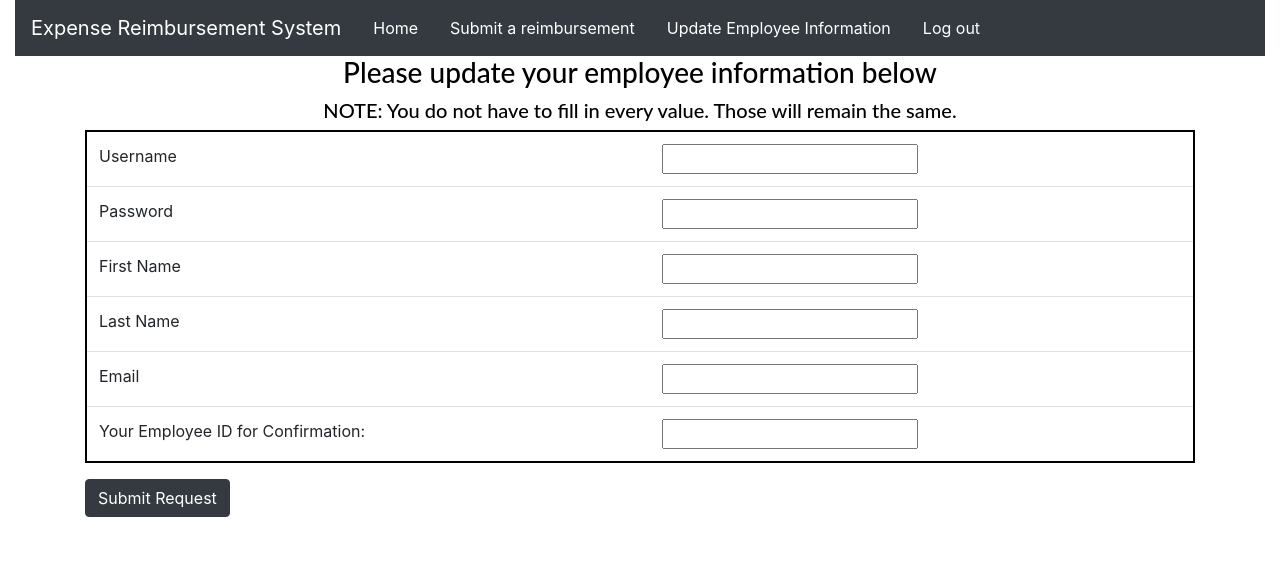
Repository: Trevormulrenin/ers-app
Page: ers-app/src/main/webapp/html/employee_info.html
The author's editor kept a copy of each file at every save. The page is drawn from the files as they stood at one save, then again after a run of saves.
The browser window is 1280 px wide. The pictures show the whole page.

Above is the page before, as saved 2021-04-01 19:04:55.

### ers-app/src/main/webapp/html/employee_info.html
<!DOCTYPE html>
<html>
<head>
	<meta charset="UTF-8">
	<meta name="viewport" content="width=device-width, initial-scale=1.0">
	<meta http-equiv="cache-control" content="max-age=0" />
<meta http-equiv="cache-control" content="no-cache" />
<meta http-equiv="expires" content="0" />
<meta http-equiv="expires" content="Tue, 01 Jan 1980 1:00:00 GMT" />
<meta http-equiv="pragma" content="no-cache" />
	<link rel="stylesheet" href="https://stackpath.bootstrapcdn.com/bootstrap/4.5.2/css/bootstrap.min.css" integrity="sha384-JcKb8q3iqJ61gNV9KGb8thSsNjpSL0n8PARn9HuZOnIxN0hoP+VmmDGMN5t9UJ0Z" crossorigin="anonymous">
 	<link rel="stylesheet" type="text/css" href="../css/style.css">

<title>Expense Reimbursement System</title>
</head>

<body>
	<div class="container-fluid">
		<nav class="navbar navbar-expand-lg navbar-dark bg-dark">
			<a class="navbar-brand" href="http://localhost:8080/ers-app/EmployeeHomeServlet"">Expense Reimbursement System</a>
				<a class="nav-item nav-link" href="http://localhost:8080/ers-app/EmployeeHomeServlet"">Home</a>
				<a class="nav-item nav-link" href="reimbursement_home.html">Submit a reimbursement</a>
				<a class="nav-item nav-link" href="employee_info.html">Update Employee Information</a>

			<div class="nav-list-right" id="navbar-menu-right">
				<a class="nav-item nav-link" href="logout.html">Log out</a>
			</div>

		</nav>
	</div>

		<div class="container">
		<p class="h3"> Please update your employee information below</p>
		<p class="h5"> NOTE: You do not have to fill in every value. Those will remain the same.</p>

		<form action="http://localhost:8080/ers-app/UpdateEmployeeServlet" method="post">
			<table class="table" id="update-table">
				<tr>
					<td>Username</td>
					<td><input type="text" id="employeeUsername"
						name="employeeUsername" value=""></td>
				</tr>
				<tr>
					<td>Password</td>
					<td><input type="text" step="any" name="employeePassword">
					</td>
				</tr>
				<tr>
					<td>First Name</td>
					<td><input type="text" step="any" name="firstName">
					</td>
				</tr>
				<tr>
					<td>Last Name</td>
					<td><input type="text" step="any" name="lastName">
					</td>
				</tr>
				<tr>
					<td>Email</td>
					<td><input type="text" step="any" name="email">
					</td>
				</tr>
				<tr>
					<td>Your Employee ID for Confirmation:</td>
					<td><input type="number" name="employeeId" required></td>
				</tr>
			</table>
			<div class="log-in-button">
				<button type="submit" class="btn btn-dark">Submit Request</button>
			</div>
		</form>
	</div>

</body>
</html>

### ers-app/src/main/webapp/css/style.css
@charset "UTF-8";



#navbar-menu-right{
	text-decoration: none;
	color: black;
}

#fill-out {
	color: solid black;
	text-align:center;
	font-size: 15px;
}

table {
	border: 2px solid black;
}

.nav-item, .nav-item-active, .nav-list-right {
		color: white;
		border: 1px;
		border-color:white;
	}

h1 {
	text-align: center;
    font-family: Lato;
    color: Black;
    font-size: 40px;
    margin: 50px;
}

p {
	text-align: center;
    font-family: Lato;
	color: Black;
	font-size: 15px;
}

h2 {
	text-align: center;
    font-family: Lato;
    color: Black;
    font-size: 40px;
    margin: 25px;
}

#enter-credentials {
	text-align: center;
    font-family: Lato;
	color: Black;
	font-size: 20px;
}


#pending-reimbursement, #resolved-reimbursement {
	border: 2px solid black;
	color: black;
	text-align:center;
	height: 300px;
	width: 400px;
    top:30%;
    left:10%;
/*     display: flex; */
/* 	justify-content: space-evenly; */
}

#pending-reimbursement {
	float: left;
}

#resolved-reimbursement:hover {
	background-color: gray;
	color:white;
}

#pending-reimbursement:hover {
	background-color: gray;
	color:white;
}


.nav-item, .nav-item-active, .nav-list-right {
/* 		text-decoration: none; */
		color: white;
		border: 1px;
		border-color:white;
	}

th, tr {
	border: 2px;
}

#log-in-button {
	text-align: center;
}

.login {
	border: 2px solid black;
	content: 5px;
	width: auto;
	text-align: center;
	padding: 5px;
	margin: auto;
	box-shadow: white;
}

/* #update-table { */
/* 	width: "100%"; */
/* 	padding: 2px; */
/* 	margin-top: 5px; */
/* 	margin-bottom: 0px; */
/* 	margin-left: auto; */
/* 	margin-right: auto; */
/* 	border: 1px solid black; */
/* 	border-collapse: separate; */
/* 	border-spacing: 2px; */
/* } */

/* #view-employees { */
/* 	width: "100%"; */
/* 	padding: 2px; */
/* 	margin-top: 5px; */
/* 	margin-bottom: 0px; */
/* 	margin-left: auto; */
/* 	margin-right: auto; */
/* 	border: 1px solid black; */
/* 	border-collapse: separate; */
/* 	border-spacing: 2px; */
/* } */

/* #reimbursement-table { */
/* 	width: "100%"; */
/* 	padding: 2px; */
/* 	margin-top: 5px; */
/* 	margin-bottom: 0px; */
/* 	margin-left: auto; */
/* 	margin-right: auto; */
/* 	border: 1px solid black; */
/* 	border-collapse: separate; */
/* 	border-spacing: 2px; */
/* } */

After the next 3 saves:
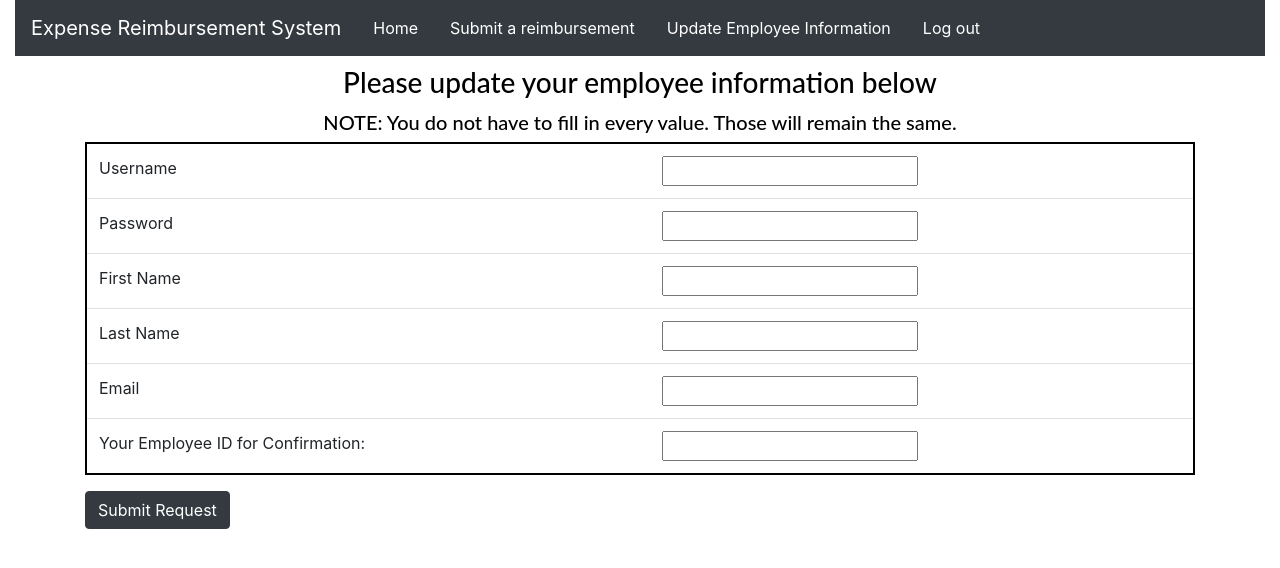
The 3 saves are shown as one change because they came seconds apart.
The last was saved 22 s later.
--- a/ers-app/src/main/webapp/html/employee_info.html
+++ b/ers-app/src/main/webapp/html/employee_info.html
@@ -30,7 +30,7 @@
 	</div>
 
 		<div class="container">
-		<p class="h3"> Please update your employee information below</p>
+		<p class="h3" style="margin:10px;"> Please update your employee information below</p>
 		<p class="h5"> NOTE: You do not have to fill in every value. Those will remain the same.</p>
 
 		<form action="http://localhost:8080/ers-app/UpdateEmployeeServlet" method="post">
